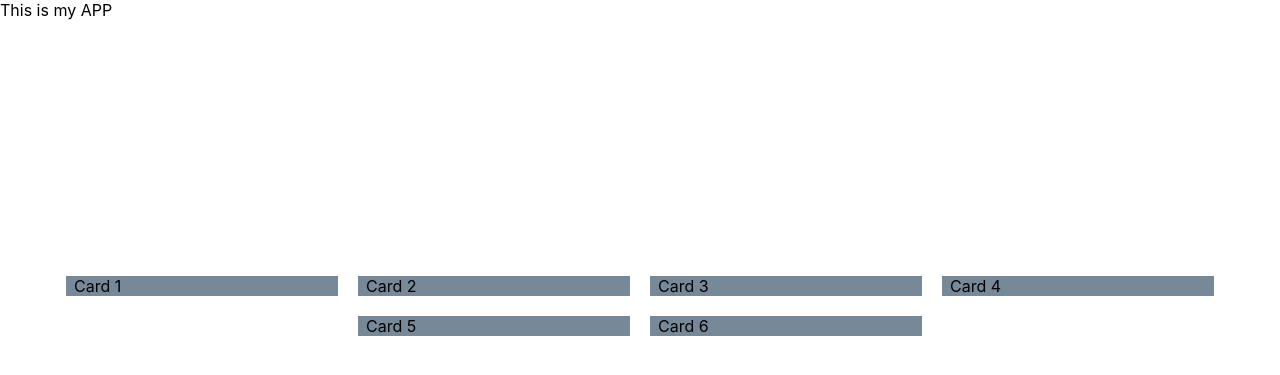
Repository: vnevescode/ui-components-react
Page: /
These files come from the project's save history. The page is drawn as it stood at one moment and after the next save; the edit follows.
The browser window is 1280 px wide. The pictures show the whole page.
The project was rebuilt for these pictures with package versions that can differ from the ones it lists, and the page was loaded fresh each time.

Above is the page before, as saved 2022-06-09 22:24:16.

After the next save:
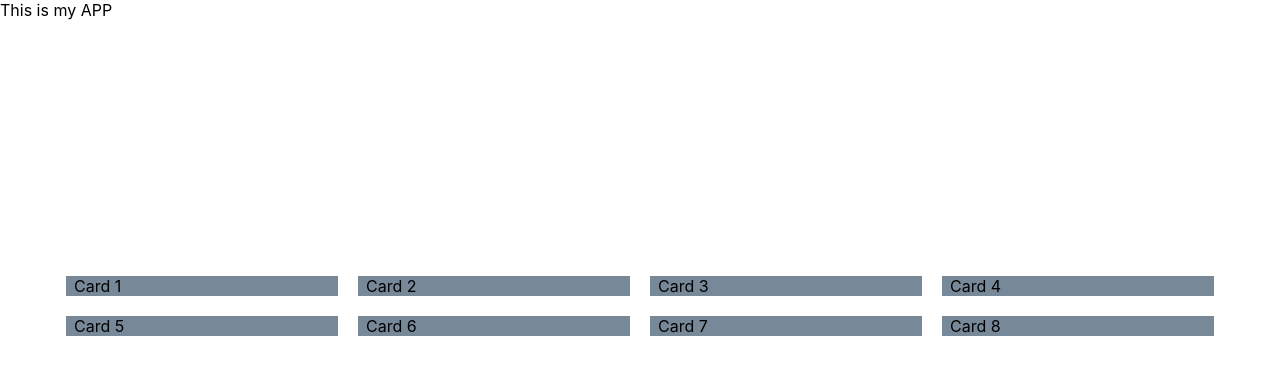
Saved 25 s later.
--- a/src/components/Cards/Cards.jsx
+++ b/src/components/Cards/Cards.jsx
@@ -25,6 +25,12 @@ const Cards = () => {
             <div className="cards__item">
                 {'Card 6'}
             </div>
+            <div className="cards__item">
+                {'Card 7'}
+            </div>
+            <div className="cards__item">
+                {'Card 8'}
+            </div>
         </div>
     </>
   )
